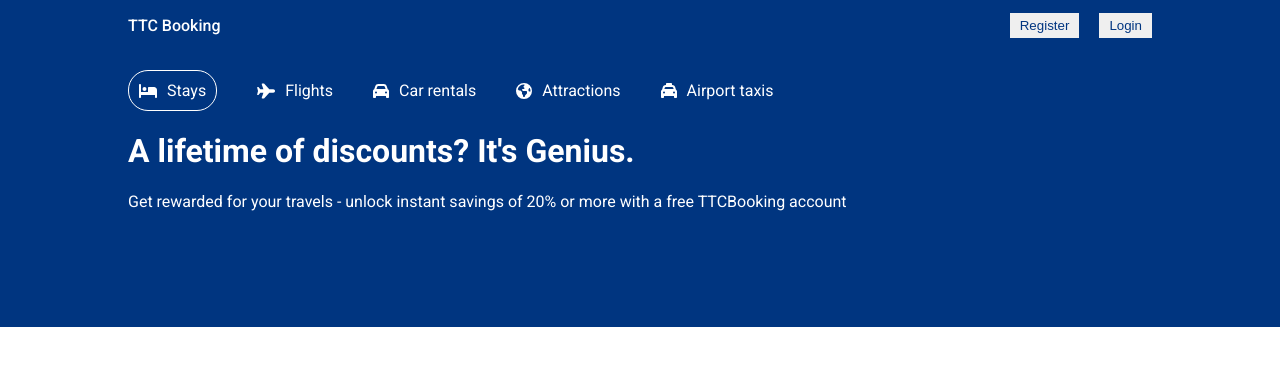
Repository: CarsonDev1/booking-app
Page: /
The author's editor kept a copy of each file at every save. The page is drawn from the files as they stood at one save, then again after the next save.
The browser window is 1280 px wide. The pictures show the whole page.
The project was rebuilt for these pictures with package versions that can differ from the ones it lists, and the page was loaded fresh each time. Also part of the build but not shown: src/pages/home/home.css, src/pages/hotel/Hotel.jsx, src/pages/list/List.jsx.

Above is the page before, as saved 2022-12-03 00:46:57.

### public/index.html
<!DOCTYPE html>
<html lang="en">

<head>
  <meta charset="utf-8" />
  <link rel="icon" href="%PUBLIC_URL%/favicon.ico" />
  <meta name="viewport" content="width=device-width, initial-scale=1" />
  <meta name="theme-color" content="#000000" />
  <meta name="description" content="Web site created using create-react-app" />
  <link rel="apple-touch-icon" href="%PUBLIC_URL%/logo192.png" />
  <!--
      manifest.json provides metadata used when your web app is installed on a
      user's mobile device or desktop. See https://developers.google.com/web/fundamentals/web-app-manifest/
    -->
  <link rel="manifest" href="%PUBLIC_URL%/manifest.json" />
  <link rel="preconnect" href="https://fonts.googleapis.com">
  <link rel="preconnect" href="https://fonts.gstatic.com" crossorigin>
  <link
    href="https://fonts.googleapis.com/css2?family=Poppins:ital,wght@0,400;0,500;0,600;0,700;0,800;1,400;1,500;1,600;1,700&family=Roboto:ital,wght@0,300;0,400;0,500;0,700;1,300;1,400;1,500;1,700&display=swap"
    rel="stylesheet">
  <!--
      Notice the use of %PUBLIC_URL% in the tags above.
      It will be replaced with the URL of the `public` folder during the build.
      Only files inside the `public` folder can be referenced from the HTML.

      Unlike "/favicon.ico" or "favicon.ico", "%PUBLIC_URL%/favicon.ico" will
      work correctly both with client-side routing and a non-root public URL.
      Learn how to configure a non-root public URL by running `npm run build`.
    -->
  <title>React App</title>
</head>

<body>
  <noscript>You need to enable JavaScript to run this app.</noscript>
  <div id="root"></div>
  <!--
      This HTML file is a template.
      If you open it directly in the browser, you will see an empty page.

      You can add webfonts, meta tags, or analytics to this file.
      The build step will place the bundled scripts into the <body> tag.

      To begin the development, run `npm start` or `yarn start`.
      To create a production bundle, use `npm run build` or `yarn build`.
    -->
</body>

</html>

### src/index.css
body {
	margin: 0;
	padding: 0;
	box-sizing: border-box;
	font-family: "Roboto", sans-serif;
}

### src/App.js
import { BrowserRouter, Routes, Route } from "react-router-dom";
import Home from "./pages/home/Home";
import Hotel from "./pages/hotel/Hotel";
import List from "./pages/list/List";
function App() {
	return (
		<BrowserRouter>
			<Routes>
				<Route path="/" element={<Home />} />
				<Route path="/hotels" element={<List />} />
				<Route path="/hotels/:id" element={<Hotel />} />
			</Routes>
		</BrowserRouter>
	);
}

export default App;

### src/pages/home/Home.jsx
import Header from "../../components/header/Header";
import Navbar from "../../components/navbar/Navbar";
import "./home.css";

const Home = () => {
	return (
		<div>
			<Navbar />
			<Header />
		</div>
	);
};

export default Home;

### src/components/header/Header.jsx
import {
	faBed,
	faCar,
	faEarth,
	faMountain,
	faPlane,
	faTaxi,
} from "@fortawesome/free-solid-svg-icons";
import { FontAwesomeIcon } from "@fortawesome/react-fontawesome";
import "./header.css";

const Header = () => {
	return (
		<div className="header">
			<div className="headerContainer">
				<div className="headerList">
					<div className="headerListItem active">
						<FontAwesomeIcon icon={faBed} />
						<span>Stays</span>
					</div>
					<div className="headerListItem">
						<FontAwesomeIcon icon={faPlane} />
						<span>Flights</span>
					</div>
					<div className="headerListItem">
						<FontAwesomeIcon icon={faCar} />
						<span>Car rentals</span>
					</div>
					<div className="headerListItem">
						<FontAwesomeIcon icon={faEarth} />
						<span>Attractions</span>
					</div>
					<div className="headerListItem">
						<FontAwesomeIcon icon={faTaxi} />
						<span>Airport taxis</span>
					</div>
				</div>
				<h1 className="headerTitle">
					A lifetime of discounts? It's Genius.
				</h1>
				<p className="headerDesc">
					Get rewarded for your travels - unlock instant savings of
					20% or more with a free TTCBooking account
				</p>
			</div>
		</div>
	);
};

export default Header;

### src/components/navbar/Navbar.jsx
import "./navbar.css";

const NavBar = () => {
	return (
		<div className="navbar">
			<div className="navContainer">
				<span className="logo">TTC Booking</span>
				<div className="navItems">
					<button className="navButton">Register</button>
					<button className="navButton">Login</button>
				</div>
			</div>
		</div>
	);
};

export default NavBar;

### src/components/header/header.css
.header {
	background-color: #003580;
	color: white;
	display: flex;
	justify-content: center;
}
.headerContainer {
	width: 100%;
	max-width: 1024px;
	margin: 20px 0px 100px 0px;
}
.headerList {
	display: flex;
	gap: 40px;
}
.headerListItem {
	display: flex;
	align-items: center;
	gap: 10px;
}
.headerListItem.active {
	border: 1px solid white;
	padding: 10px;
	border-radius: 20px;
}

### src/components/navbar/navbar.css
.navbar {
	height: 50px;
	background-color: #003580;
	display: flex;
	justify-content: center;
}
.navContainer {
	width: 100%;
	max-width: 1024px;
	color: white;
	display: flex;
	align-items: center;
	justify-content: space-between;
}
.logo {
	font-weight: 500;
}
.navButton {
	margin-left: 20px;
	border: none;
	padding: 5px 10px;
	cursor: pointer;
	color: #003580;
}

Loaded but not shown: src/index.js (common file)

After the next save:
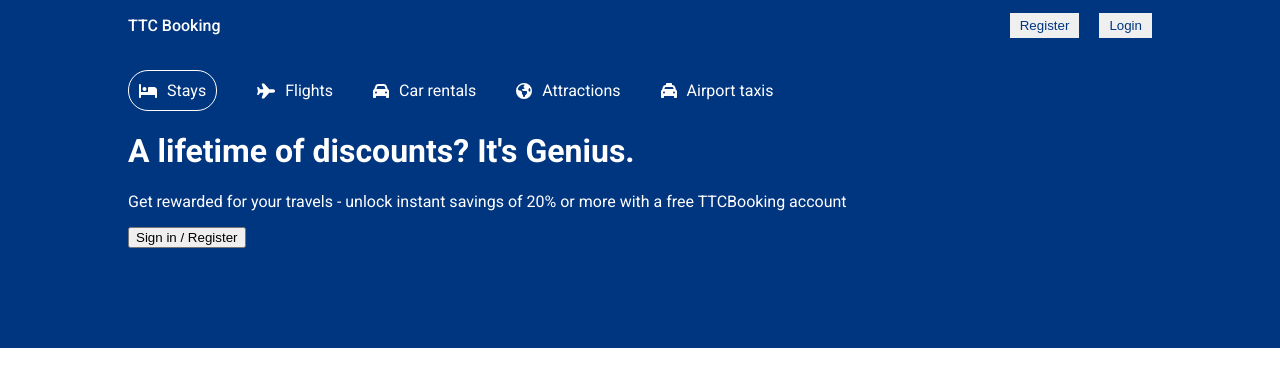
Saved 30 s later.
--- a/src/components/header/Header.jsx
+++ b/src/components/header/Header.jsx
@@ -42,6 +42,7 @@ const Header = () => {
 					Get rewarded for your travels - unlock instant savings of
 					20% or more with a free TTCBooking account
 				</p>
+				<button className="headerBtn">Sign in / Register</button>
 			</div>
 		</div>
 	);
